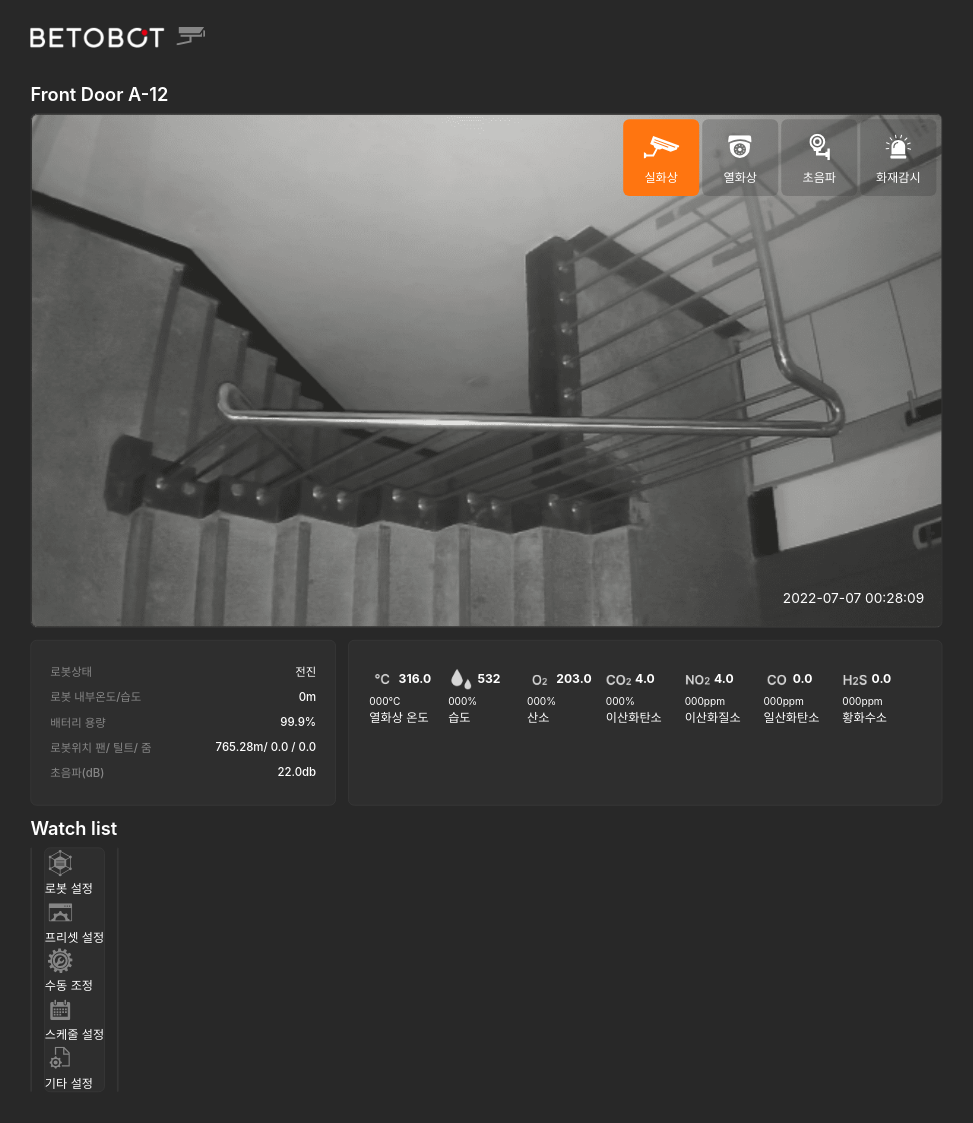
Repository: jang0ha/betobot
Page: content/main/main.html
The author's editor kept a copy of each file at every save. The page is drawn from the files as they stood at one save, then again after the next save.
The browser window is 1280 px wide. The pictures show the whole page, at 76% of full size.
Some web fonts or font styles are not loaded; a fallback is used. The style sheet was rebuilt from its Sass, Less or Tailwind sources for each picture, by a compiler version that may differ from the author's.

Above is the page before, as saved 2022-07-12 17:56:30.

After the next save:
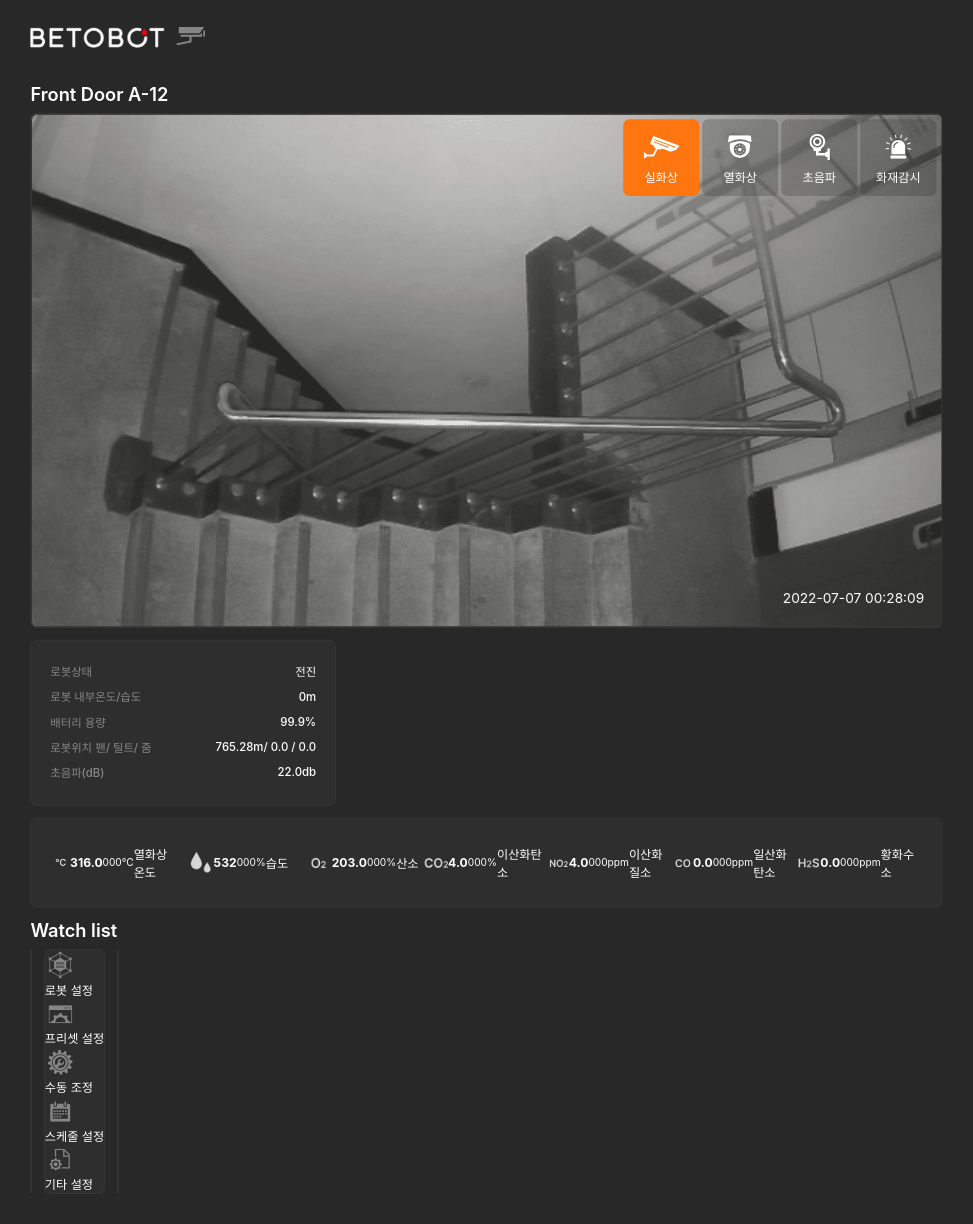
Saved 25 s later.
--- a/resources/scss/style.scss
+++ b/resources/scss/style.scss
@@ -192,6 +192,10 @@
         display: grid;
         grid-template-columns: 1fr 1fr 1fr 1fr 1fr 1fr 1fr;
         li{
-        }
-    }
-}
+            display: flex;
+            flex-direction: row;
+            align-items: center;
+            justify-content: center;
+        }
+    }
+}
